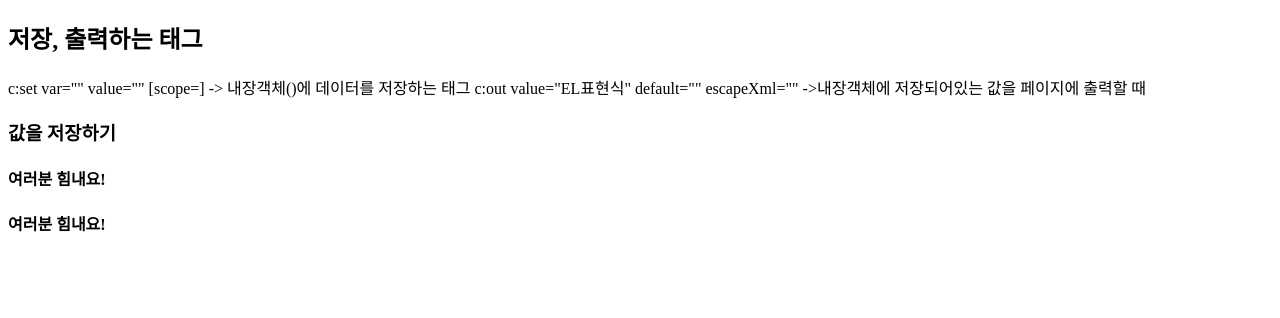
Repository: simjiho/week
Page: http://localhost/el_jstl/views/jstl/02_controltag.jsp
The author's editor kept a copy of each file at every save. The page is drawn from the files as they stood at one save, then again after a run of saves.
The browser window is 1280 px wide. The pictures show the whole page.
The page is served by Tomcat 9. Other server files are loaded and not shown.

Above is the page before, as saved 2024-04-20 05:52:50.

### workspace/el_jstl/src/main/webapp/views/jstl/02_controltag.jsp
<%@ page language="java" contentType="text/html; charset=UTF-8"
    pageEncoding="UTF-8"%>
<%@ taglib prefix="c" uri="http://java.sun.com/jsp/jstl/core" %>
<!DOCTYPE html>
<html>
<head>
<meta charset="UTF-8">
<title>코어태그 사용하기</title>
</head>
<body>
	<h2>저장, 출력하는 태그</h2>
	<p>
		c:set var="" value="" [scope=] -> 내장객체()에 데이터를 저장하는 태그
		c:out value="EL표현식" default="" escapeXml="" ->내장객체에 저장되어있는 값을 페이지에 출력할 때 <br>
	</p>
	<h3>값을 저장하기</h3>
	<c:set var="comment" value="여러분 힘내요!"/>
	<h4><c:out value="${comment}"/></h4>
	<h4>${comment}</h4>
	<c:set var="test" value="<script>alert('짠!');</script>"/>
	<p>${test }</p>
</body>
</html>

After the next 2 saves:
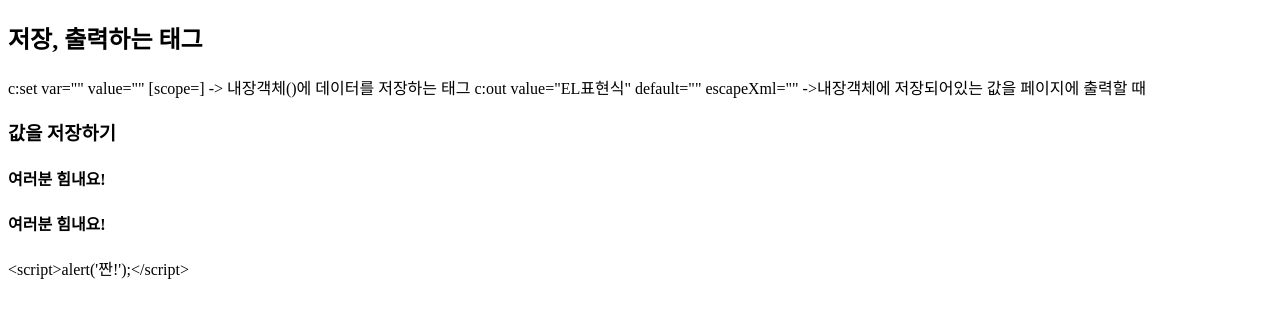
The 2 saves are shown as one change because 1 did not build or start.
The last was saved 2 min 11 s later.
--- a/workspace/el_jstl/src/main/webapp/views/jstl/02_controltag.jsp
+++ b/workspace/el_jstl/src/main/webapp/views/jstl/02_controltag.jsp
@@ -18,6 +18,6 @@
 	<h4><c:out value="${comment}"/></h4>
 	<h4>${comment}</h4>
 	<c:set var="test" value="<script>alert('짠!');</script>"/>
-	<p>${test }</p>
+	<p><c:out value="${test }"/></p>
 </body>
 </html>

After the save that followed:
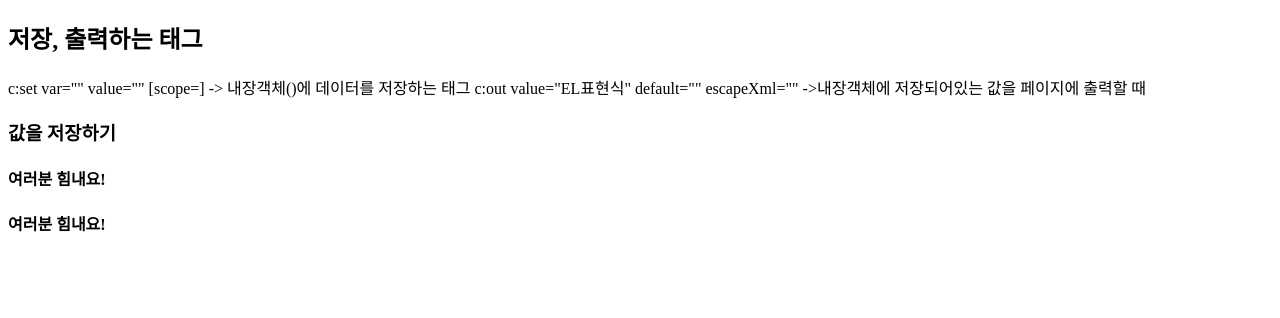
Saved 2 min 45 s later.
--- a/workspace/el_jstl/src/main/webapp/views/jstl/02_controltag.jsp
+++ b/workspace/el_jstl/src/main/webapp/views/jstl/02_controltag.jsp
@@ -18,6 +18,6 @@
 	<h4><c:out value="${comment}"/></h4>
 	<h4>${comment}</h4>
 	<c:set var="test" value="<script>alert('짠!');</script>"/>
-	<p><c:out value="${test }"/></p>
+	<p><c:out value="${test }" escapeXml="false"/></p>
 </body>
 </html>
